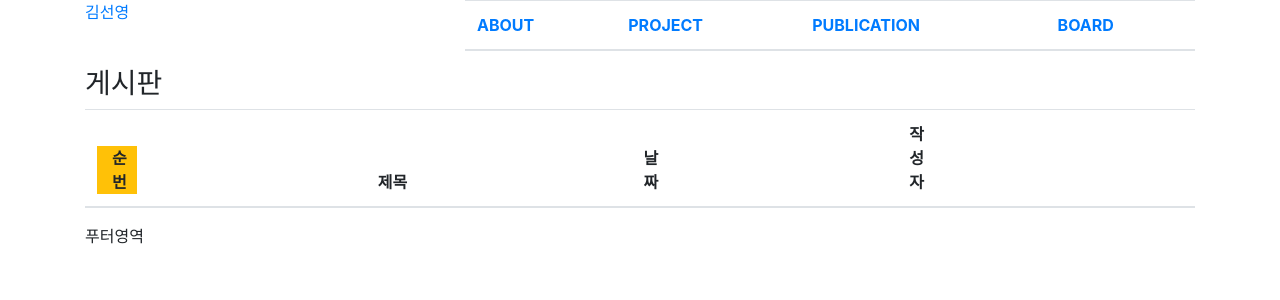
Repository: supremest35/web-projects
Page: http://localhost/noticeboard/board/list.jsp?pno=1
These files come from the project's save history. The page is drawn as it stood at one moment and after the next save; the edit follows.
The browser window is 1280 px wide. The pictures show the whole page.
The page is served by Tomcat 9.

Above is the page before, as saved 2020-12-06 03:33:25.

After the next save:
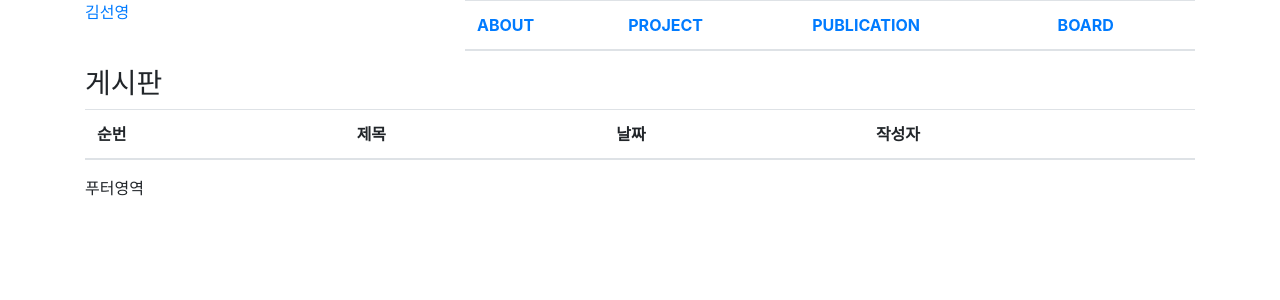
Saved 43 s later.
--- a/noticeboard/WebContent/board/list.jsp
+++ b/noticeboard/WebContent/board/list.jsp
@@ -35,10 +35,10 @@
 			<table class="table">
 				<thead>
 					<tr>
-						<th><div class="col-2 bg-warning">순번</div></th>
-						<th><div class="col-6">제목</div></th>
-						<th><div class="col-2">날짜</div></th>
-						<th><div class="col-2">작성자</div></th>
+						<th>순번</th>
+						<th>제목</th>
+						<th>날짜</th>
+						<th>작성자</th>
 					</tr>
 				</thead>
 			</table>
